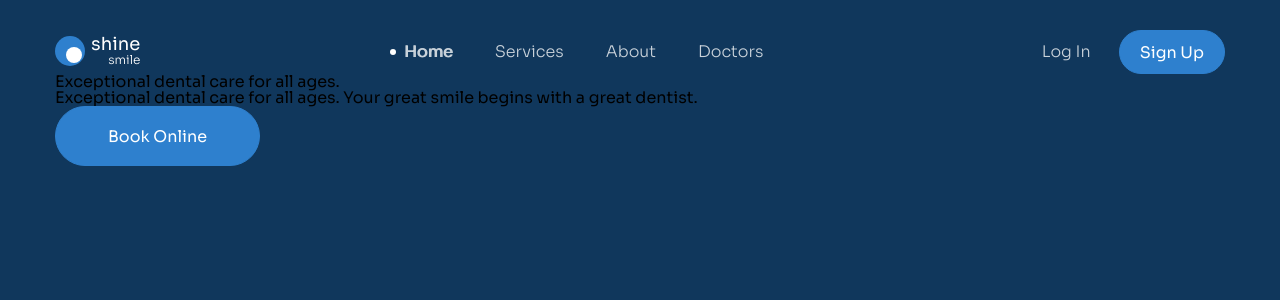
Repository: Learncode-every-day/Project-03
Page: index.html
An editor plug-in stored every save of this project. The page is shown before and after the next save, followed by the edit.
The browser window is 1280 px wide. The pictures show the whole page.

Above is the page before, as saved 2024-06-10 15:15:55.

### index.html
<!DOCTYPE html>
<html lang="en">
    <head>
        <meta charset="UTF-8" />
        <meta name="viewport" content="width=device-width, initial-scale=1.0" />
        <title>Shine Smile</title>
        <!-- Favicon -->
        <link
            rel="apple-touch-icon"
            sizes="57x57"
            href="./assets/favicon/apple-icon-57x57.png"
        />
        <link
            rel="apple-touch-icon"
            sizes="60x60"
            href="./assets/favicon/apple-icon-60x60.png"
        />
        <link
            rel="apple-touch-icon"
            sizes="72x72"
            href="./assets/favicon/apple-icon-72x72.png"
        />
        <link
            rel="apple-touch-icon"
            sizes="76x76"
            href="./assets/favicon/apple-icon-76x76.png"
        />
        <link
            rel="apple-touch-icon"
            sizes="114x114"
            href="./assets/favicon/apple-icon-114x114.png"
        />
        <link
            rel="apple-touch-icon"
            sizes="120x120"
            href="./assets/favicon/apple-icon-120x120.png"
        />
        <link
            rel="apple-touch-icon"
            sizes="144x144"
            href="./assets/favicon/apple-icon-144x144.png"
        />
        <link
            rel="apple-touch-icon"
            sizes="152x152"
            href="./assets/favicon/apple-icon-152x152.png"
        />
        <link
            rel="apple-touch-icon"
            sizes="180x180"
            href="./assets/favicon/apple-icon-180x180.png"
        />
        <link
            rel="icon"
            type="image/png"
            sizes="192x192"
            href="./assets/favicon/android-icon-192x192.png"
        />
        <link
            rel="icon"
            type="image/png"
            sizes="32x32"
            href="./assets/favicon/favicon-32x32.png"
        />
        <link
            rel="icon"
            type="image/png"
            sizes="96x96"
            href="./assets/favicon/favicon-96x96.png"
        />
        <link
            rel="icon"
            type="image/png"
            sizes="16x16"
            href="./assets/favicon/favicon-16x16.png"
        />
        <link rel="manifest" href="./assets/favicon/manifest.json" />
        <meta name="msapplication-TileColor" content="#ffffff" />
        <meta
            name="msapplication-TileImage"
            content="./assets/favicon/ms-icon-144x144.png"
        />
        <meta name="theme-color" content="#ffffff" />
        <!-- Embed fonts -->
        <link rel="stylesheet" href="./assets/fonts/stylesheet.css" />

        <!-- Reset CSS -->
        <link rel="stylesheet" href="./assets/css/reset.css" />

        <!-- Style CSS -->
        <link rel="stylesheet" href="./assets/css/style.css" />
    </head>
    <body>
        <!-- Header -->
        <header class="header">
            <div class="container">
                <!-- Header top -->
                <div class="header-top">
                    <!-- Logo -->
                    <a href="/">
                        <div class="logo">
                            <span class="logo__circle"></span>
                            <span class="logo__text">
                                <span class="logo__brand">shine</span>
                                <span class="logo__brand logo__brand--small"
                                    >smile</span
                                >
                            </span>
                        </div>
                    </a>

                    <!-- Navbar -->
                    <nav class="navbar">
                        <ul class="navbar__list">
                            <li class="navbar__item">
                                <a
                                    href="#!"
                                    class="navbar__link navbar__link--active"
                                    >Home</a
                                >
                            </li>
                            <li class="navbar__item">
                                <a href="#!" class="navbar__link">Services</a>
                            </li>
                            <li class="navbar__item">
                                <a href="#!" class="navbar__link">About</a>
                            </li>
                            <li class="navbar__item">
                                <a href="#!" class="navbar__link">Doctors</a>
                            </li>
                        </ul>
                    </nav>

                    <!-- Action -->
                    <div class="header-action">
                        <a href="#!" class="header-action__login">Log In</a>
                        <a href="#!" class="btn header-action__signup"
                            >Sign Up</a
                        >
                    </div>
                </div>

                <!-- Hero -->
                <section class="hero">
                    <!-- Hero content -->
                    <section class="hero__content">
                        <h1 class="hero__heading">
                            Exceptional dental care for all ages.
                        </h1>
                        <p class="hero__desc">
                            Exceptional dental care for all ages. Your great
                            smile begins with a great dentist.
                        </p>
                        <div class="hero__row">
                            <a href="#!" class="btn">Book Online</a>
                        </div>
                    </section>

                    <!-- Hero media -->
                    <div class="hero__media">
                        <figure class="hero__images">
                            <img src="" alt="" class="hero__img" />
                            <img src="" alt="" class="hero__img" />
                        </figure>
                    </div>
                </section>
            </div>
        </header>
    </body>
</html>

### assets/fonts/stylesheet.css
/* ========== Sora ========== */
@font-face {
    font-family: "Sora";
    src: url("Sora/Sora-Bold.woff2") format("woff2"),
        url("Sora/Sora-Bold.woff") format("woff");
    font-weight: bold;
    font-style: normal;
    font-display: swap;
}

@font-face {
    font-family: "Sora";
    src: url("Sora/Sora-ExtraBold.woff2") format("woff2"),
        url("Sora/Sora-ExtraBold.woff") format("woff");
    font-weight: bold;
    font-style: normal;
    font-display: swap;
}

@font-face {
    font-family: "Sora";
    src: url("Sora/Sora-Light.woff2") format("woff2"),
        url("Sora/Sora-Light.woff") format("woff");
    font-weight: 300;
    font-style: normal;
    font-display: swap;
}

@font-face {
    font-family: "Sora";
    src: url("Sora/Sora-ExtraLight.woff2") format("woff2"),
        url("Sora/Sora-ExtraLight.woff") format("woff");
    font-weight: 200;
    font-style: normal;
    font-display: swap;
}

@font-face {
    font-family: "Sora";
    src: url("Sora/Sora-Medium.woff2") format("woff2"),
        url("Sora/Sora-Medium.woff") format("woff");
    font-weight: 500;
    font-style: normal;
    font-display: swap;
}

@font-face {
    font-family: "Sora";
    src: url("Sora/Sora-Regular.woff2") format("woff2"),
        url("Sora/Sora-Regular.woff") format("woff");
    font-weight: normal;
    font-style: normal;
    font-display: swap;
}

@font-face {
    font-family: "Sora";
    src: url("Sora/Sora-SemiBold.woff2") format("woff2"),
        url("Sora/Sora-SemiBold.woff") format("woff");
    font-weight: 600;
    font-style: normal;
    font-display: swap;
}

@font-face {
    font-family: "Sora";
    src: url("Sora/Sora-Thin.woff2") format("woff2"),
        url("Sora/Sora-Thin.woff") format("woff");
    font-weight: 100;
    font-style: normal;
    font-display: swap;
}

### assets/css/reset.css
/* http://meyerweb.com/eric/tools/css/reset/
    v2.0 | 20110126
    License: none (public domain)
*/

html,
body,
div,
span,
applet,
object,
iframe,
h1,
h2,
h3,
h4,
h5,
h6,
p,
blockquote,
pre,
a,
abbr,
acronym,
address,
big,
cite,
code,
del,
dfn,
em,
img,
ins,
kbd,
q,
s,
samp,
small,
strike,
strong,
sub,
sup,
tt,
var,
b,
u,
i,
center,
dl,
dt,
dd,
ol,
ul,
li,
fieldset,
form,
label,
legend,
table,
caption,
tbody,
tfoot,
thead,
tr,
th,
td,
article,
aside,
canvas,
details,
embed,
figure,
figcaption,
footer,
header,
hgroup,
menu,
nav,
output,
ruby,
section,
summary,
time,
mark,
audio,
video {
    margin: 0;
    padding: 0;
    border: 0;
    font-size: 100%;
    font: inherit;
    vertical-align: baseline;
}
/* HTML5 display-role reset for older browsers */
article,
aside,
details,
figcaption,
figure,
footer,
header,
hgroup,
menu,
nav,
section {
    display: block;
}
body {
    line-height: 1;
}
ol,
ul {
    list-style: none;
}
blockquote,
q {
    quotes: none;
}
blockquote:before,
blockquote:after,
q:before,
q:after {
    content: "";
    content: none;
}
table {
    border-collapse: collapse;
    border-spacing: 0;
}

### assets/css/style.css
* {
    box-sizing: border-box;
}

:root {
    --header-bg: #10375c;
    --primary-color: #2e80ce;
}

html {
    font-size: 62.5%;
}

body {
    font-size: 1.6rem;
    font-family: Sora;
}

/* ===== Common ===== */
a {
    text-decoration: none;
}

.btn {
    --height: 60px;
    display: inline-block;
    height: var(--height);
    min-width: 205px;
    padding: 0 20px;
    border-radius: 99px;
    border: 1px solid var(--primary-color);
    text-align: center;
    line-height: var(--height);
    color: #fff;
    background: var(--primary-color);
}

.btn:hover {
    opacity: 0.9;
    cursor: pointer;
}

.container {
    width: 1170px;
    max-width: calc(100% - 48px);
    margin: 0 auto;
}

/* ===== Header ===== */
.header {
    min-height: 100vh;
    background: var(--header-bg);
    padding-top: 30px;
}

/* === Logo === */
.logo {
    display: inline-flex;
    position: relative;
    font-size: 1rem;
}

.logo__circle::before,
.logo__circle::after {
    content: "";
    display: inline-block;
    border-radius: 50%;
}

.logo__circle::before {
    width: 3em;
    height: 3em;
    background: var(--primary-color);
}

.logo__circle::after {
    position: absolute;
    top: 1.1em;
    left: 1.1em;
    width: 1.6em;
    height: 1.6em;
    background: #fff;
}

.logo__text {
    margin-left: 0.6em;
    text-align: right;
    line-height: 1.6em;
}

.logo__brand {
    display: block;
    color: #fff;
    font-size: 1.8em;
    font-weight: 400;
}

.logo__brand--small {
    font-size: 1.2em;
    font-weight: 300;
}

/* ==== Header top ==== */
.header-top {
    display: flex;
    align-items: center;
    justify-content: space-between;
}

.navbar__list {
    display: flex;
}

.header-action__login,
.navbar__link {
    padding: 4px 21px;
    color: #c9d2da;
    font-size: 1.6rem;
    font-weight: 300;
    line-height: 1.75; /* 175% */
}

.navbar__link:hover,
.navbar__link--active {
    text-shadow: 1px 0 0 currentColor;
    font-weight: 400;
}

.navbar__link--active::before {
    position: relative;
    left: -8px;
    top: -2px;
    content: "";
    display: inline-block;
    width: 6px;
    height: 6px;
    border-radius: 50%;
    background: #fff;
}

.header-action {
    display: flex;
    align-items: center;
}

.header-action__login {
    margin-right: 7px;
}

.header-action__signup {
    --height: 44px;
    min-width: 104px;
}

After the next save:
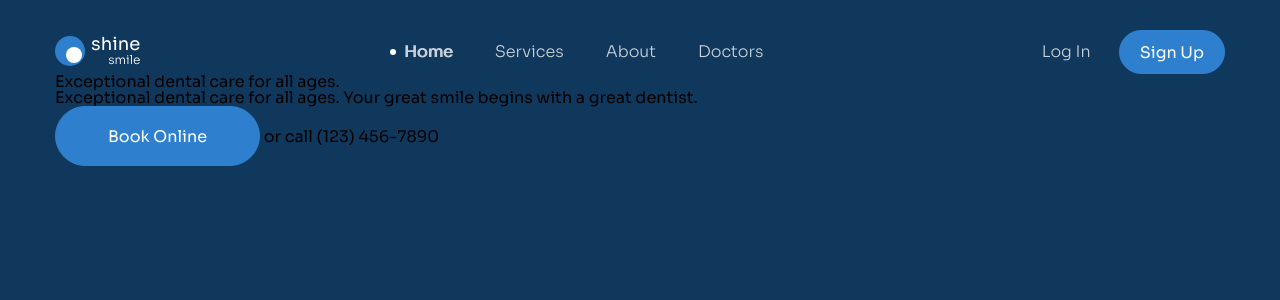
Saved 23 s later.
--- a/index.html
+++ b/index.html
@@ -153,6 +153,9 @@
                         </p>
                         <div class="hero__row">
                             <a href="#!" class="btn">Book Online</a>
+                            <span class="hero__phone"
+                                >or call (123) 456-7890</span
+                            >
                         </div>
                     </section>
 
